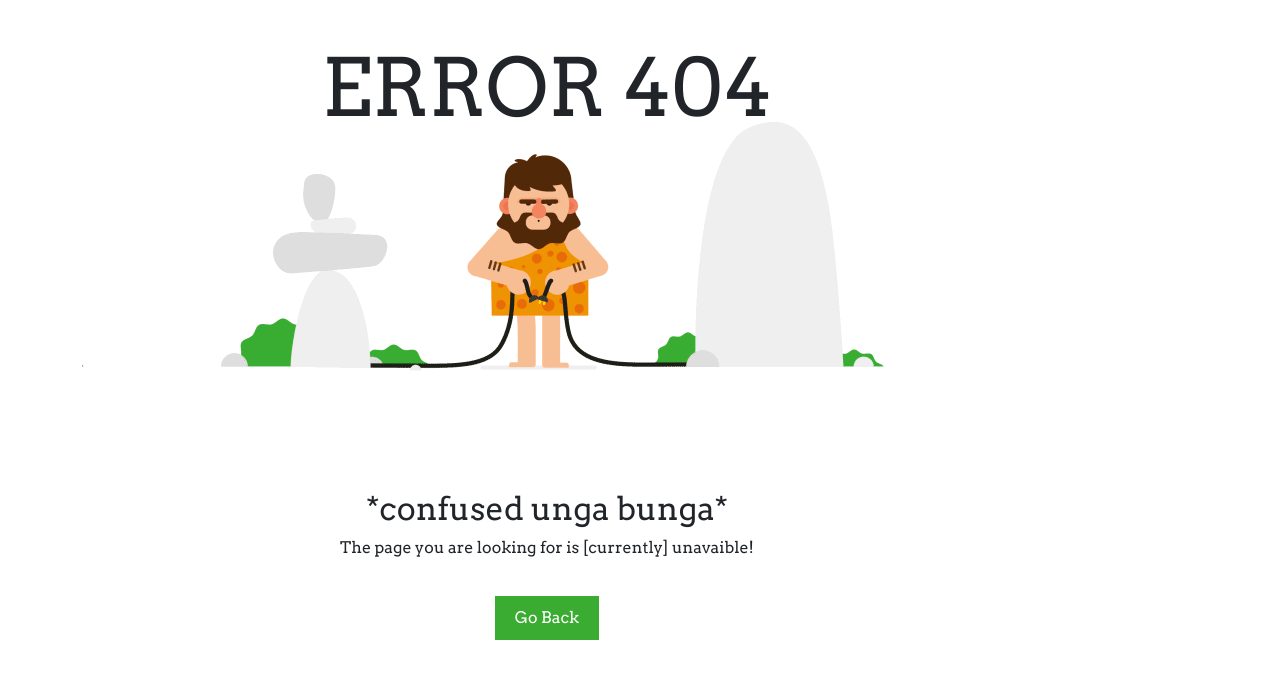
Repository: Delos-343/404-ERROR
Page: index.html
An editor plug-in stored every save of this project. The page is shown before and after the next save, followed by the edit.
The browser window is 1280 px wide. The pictures show the whole page.

Above is the page before, as saved 2022-04-23 16:18:53.

After the next save:
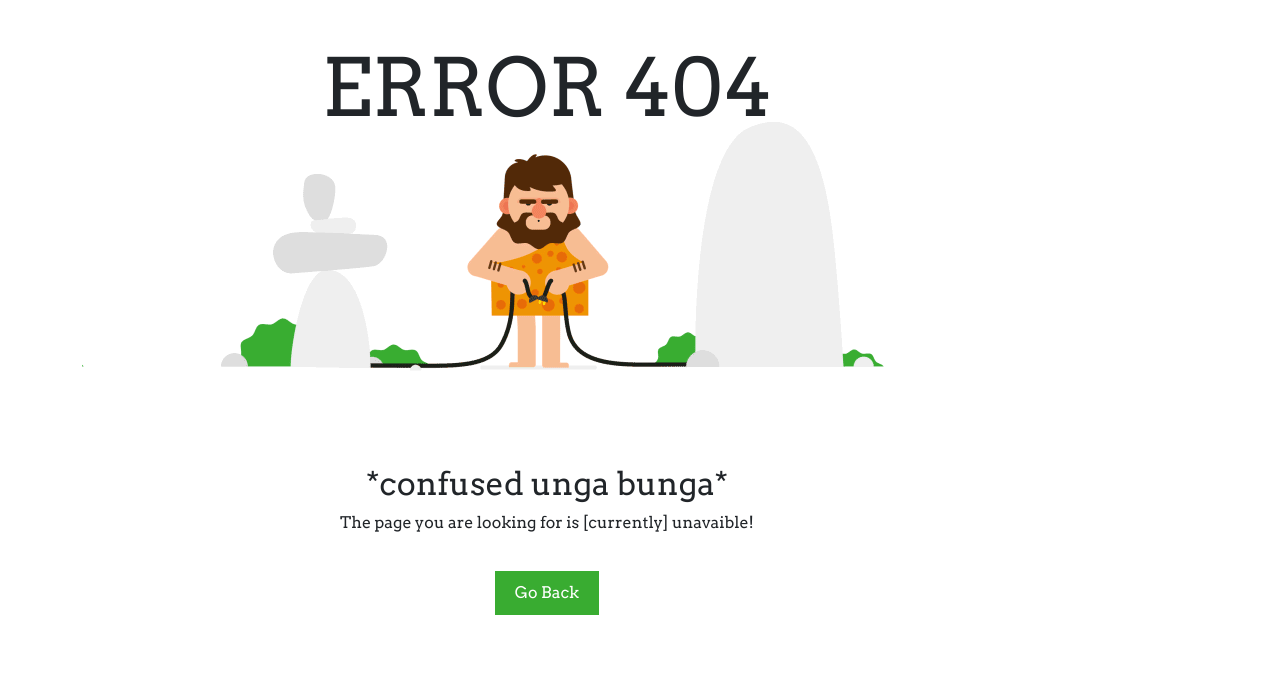
Saved 20 s later.
--- a/style.css
+++ b/style.css
@@ -7,7 +7,6 @@
 }
 .page_404 img {
   width: 100%;
-  margin-top: 50px;
 }
 .four_zero_four_bg {
   background-image: url(404.gif);
@@ -29,5 +28,5 @@
   text-decoration: none;
 }
 .contant_box_404 {
-  margin-top: 50px;
+  margin-top: 25px;
 }
